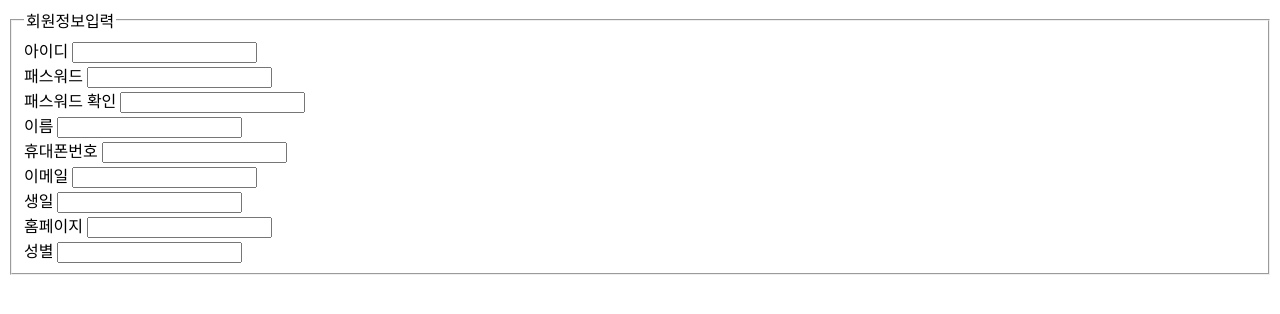
Repository: solsol7/ddit-html
Page: webpro/WebContent/work/html/회원가입.html
These files come from the project's save history. The page is drawn as it stood at one moment and after the next save; the edit follows.
The browser window is 1280 px wide. The pictures show the whole page.

Above is the page before, as saved 2023-07-05 07:28:07.

After the next save:
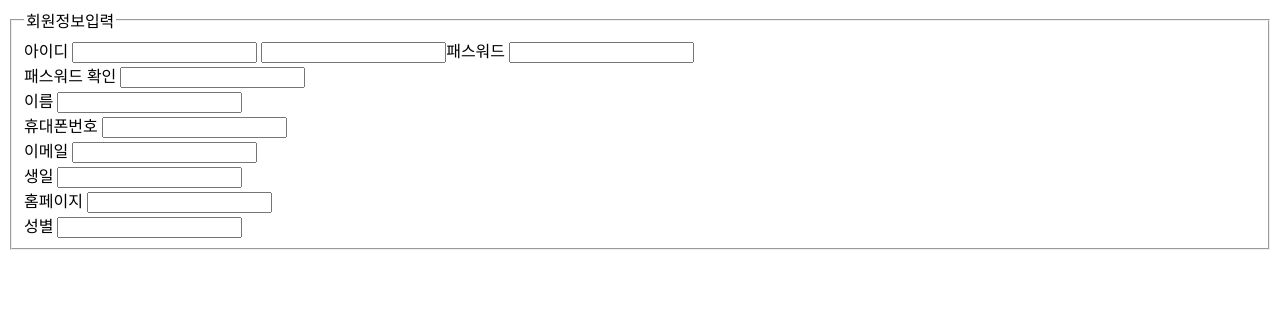
Saved 59 s later.
--- a/webpro/WebContent/work/html/회원가입.html
+++ b/webpro/WebContent/work/html/회원가입.html
@@ -9,7 +9,8 @@
 <fieldset>
 <legend>회원정보입력</legend>
 	<label>아이디</label>
-		<input type="text" name="id" id="id"><br>
+		<input type="text" name="id" id="id">
+		<input
 	<label>패스워드</label>
 		<input type="text" name="id" id="id"><br>
 	<label>패스워드 확인</label>
